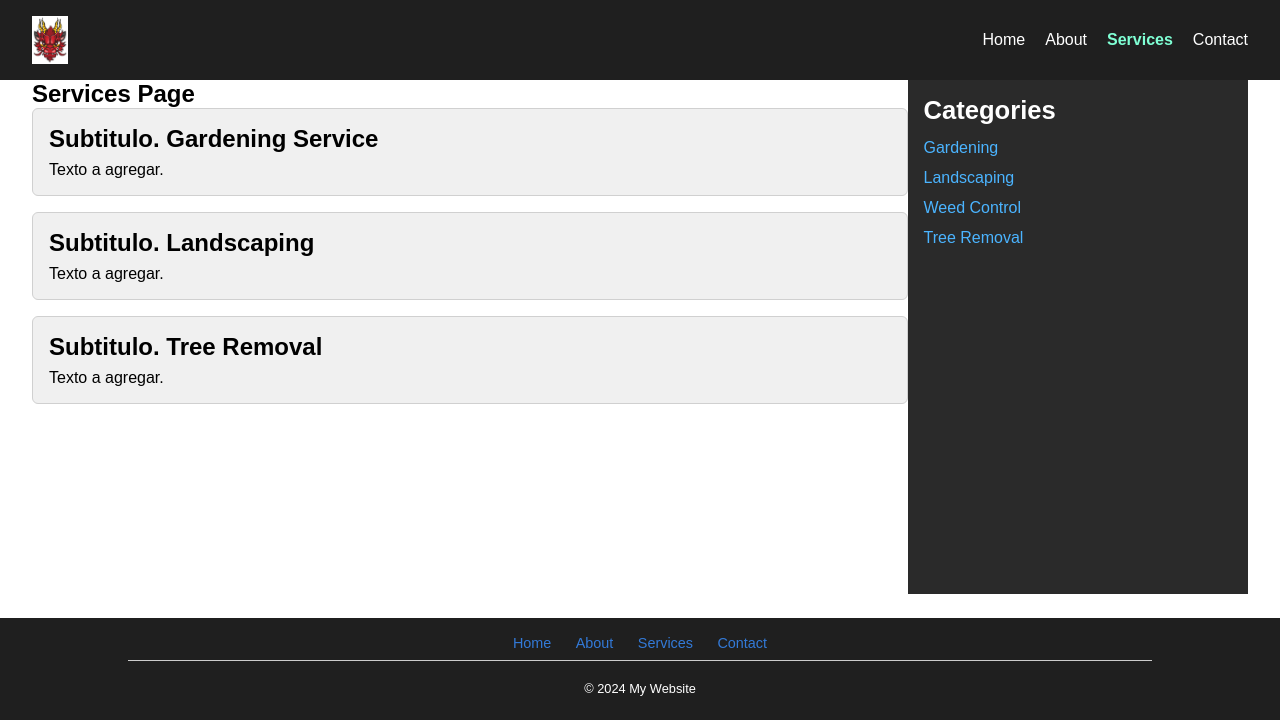
Repository: andreamm-lab/basic-navigation-example-2025-10
Page: pages/services.html
An editor plug-in stored every save of this project. The page is shown before and after the next save, followed by the edit.
The browser window is 1280 px wide. The pictures show the whole page.

Above is the page before, as saved 2025-11-06 21:44:13.

### pages/services.html
<!DOCTYPE html>
<html lang="en">
<head>
    <meta charset="UTF-8">
    <meta name="viewport" content="width=device-width, initial-scale=1.0">
    <title>Services Page</title>
    <link rel="stylesheet" href="../main.css">
</head>
<body>
    <header>
        <!-- Primary navigation -->
        <nav aria-label="Primary navigation">
            <a href="../index.html">
                <img src="../images/dragon.png" alt="Dragon logo">
            </a>
            <ul>
                <li><a href="../index.html">Home</a></li>
                <li><a href="about.html">About</a></li>
                <li><a href="#" class="current">Services</a></li>
                <li><a href="contact.html">Contact</a></li>
            </ul>
        </nav>
    </header>

    <main class="page">
        <section class="main-content">
            <h1>Services Page</h1>

            <article class="card">
                <h2>Subtitulo. Gardening Service</h2>
                <p>Texto a agregar.</p>
            </article>

            <article class="card">
                <h2>Subtitulo. Landscaping</h2>
                <p>Texto a agregar.</p>
            </article>

            <article class="card">
                <h2>Subtitulo. Tree Removal</h2>
                <p>Texto a agregar.</p>
            </article>
        </section>

        <!-- Secondary navigation ONLY in Services -->
        <aside class="side-nav" aria-label="Services categories">
            <h2>Categories</h2>
            <ul>
                <li><a href="#">Gardening</a></li>
                <li><a href="#">Landscaping</a></li>
                <li><a href="#">Weed Control</a></li>
                <li><a href="#">Tree Removal</a></li>
            </ul>
        </aside>
    </main>

    <footer id="main-footer">
        <nav aria-label="Footer navigation">
            <ul>
                <li><a href="../index.html">Home</a></li>
                <li><a href="about.html">About</a></li>
                <li><a href="#">Services</a></li>
                <li><a href="contact.html">Contact</a></li>
            </ul>
        </nav>
        <hr class="footer-line">
        <p>© 2024 My Website</p>
    </footer>
</body>
</html>

### main.css
/* 1.---------------------- General ---------------------- */

*  {
    Box-sizing: border-box;
    Margin: 0;
    Padding: 0;
}

Body {
    Font-family: Arial, Helvetica, sans-serif;
    Background-color: #ffffff;
    Color: #000;
    Min-height: 100vh;
    Display: flex;
    Flex-direction: column;
}

Main {
    Flex: 1;
}

/* 2.---------------------- Header ---------------------- */

/* Header navigation: logo + menú */
Header nav {
    Padding: 10px 32px;
    Min-height: 80px;
    Background-color: #1F1F1F;
    Display: flex;
    Align-items: center;           /* centra verticalmente */
    Justify-content: space-between; /* separa logo y menú */
}

Header nav img {
    Max-height: 48px;
    Background-color: white;
    Display: inline-block;
    Vertical-align: middle;
}

Header nav ul {
    List-style: none;
    Display: flex;
    Gap: 20px;
}

Header nav ul li a {
    Text-decoration: none;
    Color: white;
}

Header nav ul li a.current {
    Color: aquamarine;
    Font-weight: bold;
}

Header nav ul li a:hover {
    Color: rgb(92, 229, 0);
}

/* 3.---------------------- Main / Home content ---------------------- */

Main {
    Display: block;
    Padding: 24px 32px; /* padding general para Home */
}

/* 🔹 en la página Services (class=”page”), quitamos el padding superior */
Main.page {
    Padding: 0 32px 24px 32px; /* top=0 para pegar al header */
}

#page-title {
    Font-size: 2rem;
    Text-align: center;
    Margin-bottom: 24px;
}

.card-grid {
    Display: block;
}

.card {
    Background-color: #f0f0f0;
    Border: 1px solid #d0d0d0;
    Border-radius: 6px;
    Padding: 16px;
    Margin-bottom: 16px;
}

.card h2 {
    Margin-bottom: 8px;
}

/* 4.---------------------- Services layout ---------------------- */

/* Contenedor principal: contenido + aside */
.page {
    Display: flex;   /* coloca el contenido y aside en columnas */
    Gap: 0;
}

/* Contenido principal */
.main-content {
    Width: 72%;
    Vertical-align: top;
}

/* Aside Categories */
.side-nav {
    Width: 28%;
    Background-color: #2a2a2a;
    Color: #fff;
    Margin: 0;                /* sin espacio externo */
    Padding: 0;               /* sin espacio interno general */
    Border: none;             /* sin borde */
    Box-sizing: border-box;
    Min-height: 100%;         /* ocupa todo el alto */
}

/* Título dentro del aside */
.side-nav h2 {
    Margin: 0;
    Padding: 16px 16px 8px;
    Font-size: 1.6rem;
    Font-weight: 700;
}

/* Lista del aside */
.side-nav ul {
    List-style: none;
    Margin: 0;
    Padding: 0 16px 16px;
}

.side-nav ul li {
    Margin: 0;
    Padding: 6px 0;
}

.side-nav ul li a {
    Color: #4bb4ff;
    Text-decoration: none;
    Display: inline-block;
    Width: 100%;
}

.side-nav ul li a:hover {
    Text-decoration: underline;
    Background-color: #1f1f1f;
}

/* 5.---------------------- Footer ---------------------- */

#main-footer {
    Background-color: #1F1F1F;
    Color: #ffffff;
    Text-align: center;
    Padding: 16px 0 24px;
    Margin: 0;
    Width: 100%;
}

#main-footer nav {
    Background: none;
    Padding: 0;
    Margin: 0 auto;
}

#main-footer nav ul {
    Display: inline-block;
    List-style: none;
    Margin: 0;
    Padding: 0;
}

#main-footer nav ul li {
    Display: inline-block;
    Margin: 0 10px;
}

#main-footer nav ul li a {
    Color: rgb(51, 122, 216);
    Text-decoration: none;
    Font-size: 0.9rem;
}

/* Línea gris */
.footer-line {
    Border: none;
    Border-top: 1px solid #ccc;
    Width: 80%;
    Margin: 8px auto 12px;
}

/* Texto */
#main-footer p {
    Font-size: 0.8rem;
    Margin: 0;
    Padding-top: 8px;
}

After the next save:
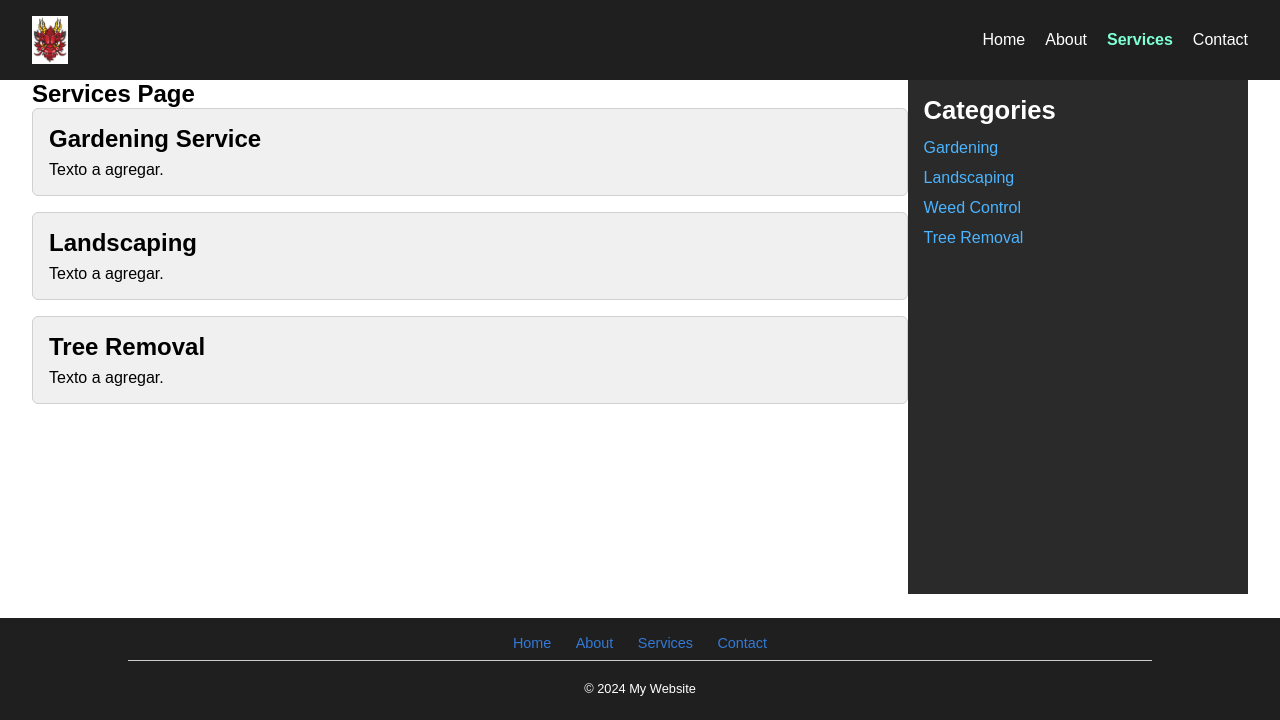
Saved 5 min 48 s later.
--- a/pages/services.html
+++ b/pages/services.html
@@ -27,22 +27,22 @@
             <h1>Services Page</h1>
 
             <article class="card">
-                <h2>Subtitulo. Gardening Service</h2>
+                <h2>Gardening Service</h2>
                 <p>Texto a agregar.</p>
             </article>
 
             <article class="card">
-                <h2>Subtitulo. Landscaping</h2>
+                <h2>Landscaping</h2>
                 <p>Texto a agregar.</p>
             </article>
 
             <article class="card">
-                <h2>Subtitulo. Tree Removal</h2>
+                <h2>Tree Removal</h2>
                 <p>Texto a agregar.</p>
             </article>
         </section>
 
-        <!-- Secondary navigation ONLY in Services -->
+        <!-- Side menu -->
         <aside class="side-nav" aria-label="Services categories">
             <h2>Categories</h2>
             <ul>
